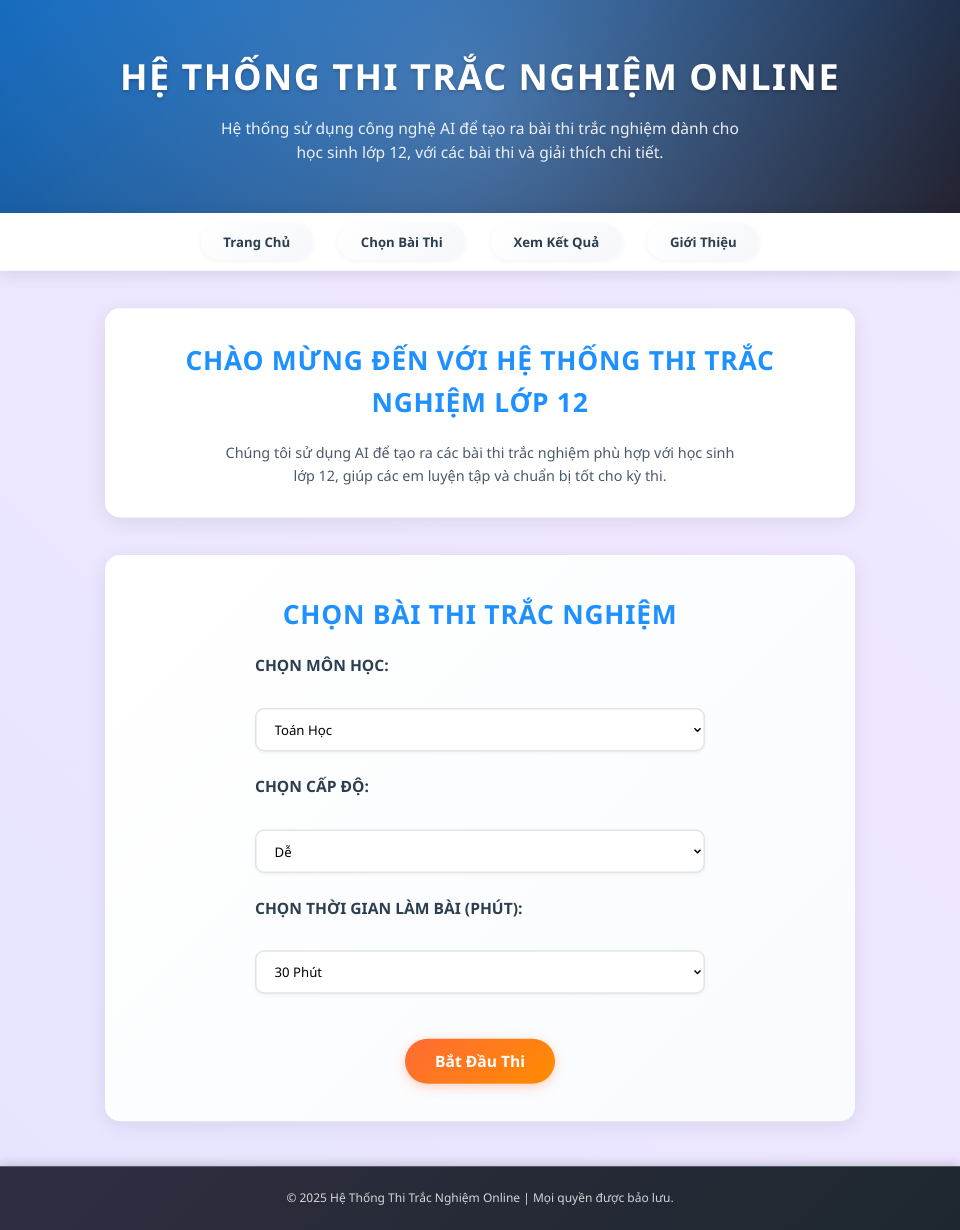
Repository: quankenda73/Prject_Final
Page: INDEX/TracNghiem.html
An editor plug-in stored every save of this project. The page is shown before and after the next save, followed by the edit.
The browser window is 1280 px wide. The pictures show the whole page, at 75% of full size.

Above is the page before, as saved 2025-03-24 11:50:11.

### INDEX/TracNghiem.html
<!DOCTYPE html>
<html lang="vi">
<head>
    <meta charset="UTF-8">
    <meta name="viewport" content="width=device-width, initial-scale=1.0">
    <title>Hệ Thống Thi Trắc Nghiệm Online</title>
    <link rel="stylesheet" href="../CSS/tracnghiem.css">
</head>
<body>
    <header>
        <h1>Hệ Thống Thi Trắc Nghiệm Online</h1>
        <p>Hệ thống sử dụng công nghệ AI để tạo ra bài thi trắc nghiệm dành cho học sinh lớp 12, với các bài thi và giải thích chi tiết.</p>
    </header>

    <nav>
        <a href="#home">Trang Chủ</a>
        <a href="#quiz">Chọn Bài Thi</a>
        <a href="#results">Xem Kết Quả</a>
        <a href="#about">Giới Thiệu</a>
    </nav>

    <section id="home">
        <h2>Chào Mừng Đến Với Hệ Thống Thi Trắc Nghiệm Lớp 12</h2>
        <p>Chúng tôi sử dụng AI để tạo ra các bài thi trắc nghiệm phù hợp với học sinh lớp 12, giúp các em luyện tập và chuẩn bị tốt cho kỳ thi.</p>
    </section>

    <section id="quiz">
        <h2>Chọn Bài Thi Trắc Nghiệm</h2>
        <form id="quizForm">
            <label for="subject">Chọn Môn Học:</label>
            <select id="subject" name="subject">
                <option value="math">Toán Học</option>
                <option value="physics">Vật Lý</option>
                <option value="chemistry">Hóa Học</option>
                <option value="literature">Văn Học</option>
                <option value="history">Lịch Sử</option>
                <option value="geography">Địa Lý</option>
                <option value="foreign_language">Ngoại Ngữ</option>
            </select>

            <label for="level">Chọn Cấp Độ:</label>
            <select id="level" name="level">
                <option value="easy">Dễ</option>
                <option value="medium">Trung Bình</option>
                <option value="hard">Khó</option>
            </select>

            <label for="time_limit">Chọn Thời Gian Làm Bài (Phút):</label>
            <select id="time_limit" name="time_limit">
                <option value="30">30 Phút</option>
                <option value="60">60 Phút</option>
                <option value="90">90 Phút</option>
            </select>

            <button type="button" onclick="startQuiz()">Bắt Đầu Thi</button>
        </form>
    </section>

    <footer>
        <p>© 2025 Hệ Thống Thi Trắc Nghiệm Online | Mọi quyền được bảo lưu.</p>
    </footer>

    <script>
        function startQuiz() {
            const subject = document.getElementById('subject').value;
            const level = document.getElementById('level').value;
            const timeLimit = document.getElementById('time_limit').value;

            // Chuyển hướng sang trang thi với thông tin đã chọn
            window.location.href = `quiz.html?subject=${subject}&level=${level}&time=${timeLimit}`;
        }
    </script>
</body>
</html>

### CSS/tracnghiem.css
/* tracnghiem.css */
* {
    margin: 0;
    padding: 0;
    box-sizing: border-box;
    font-family: 'Poppins', 'Segoe UI', Arial, sans-serif;
}

/* Body */
body {
    background: linear-gradient(45deg, #e6f0ff, #d9e4ff, #f0e6ff, #e6f0ff); /* Gradient đa màu nhẹ */
    background-size: 400% 400%; /* Tăng kích thước để animation mượt */
    animation: gradientBG 15s ease infinite; /* Hiệu ứng chuyển động nền */
    color: #2c3e50;
    line-height: 1.6;
    overflow-x: hidden;
    position: relative;
}

/* Hiệu ứng nền động */
@keyframes gradientBG {
    0% { background-position: 0% 50%; }
    50% { background-position: 100% 50%; }
    100% { background-position: 0% 50%; }
}

/* Header */
header {
    background: linear-gradient(135deg, #1e90ff, #2f2e41);
    color: white;
    padding: 4rem 0;
    text-align: center;
    position: relative;
    overflow: hidden;
    box-shadow: 0 4px 20px rgba(0, 0, 0, 0.2);
}

header::after {
    content: '';
    position: absolute;
    top: 0;
    left: 0;
    width: 100%;
    height: 100%;
    background: radial-gradient(circle, rgba(255, 255, 255, 0.15) 0%, rgba(0, 0, 0, 0.25) 100%);
    z-index: 0;
}

header h1, header p {
    position: relative;
    z-index: 1;
}

header h1 {
    font-size: 3rem;
    margin-bottom: 0.8rem;
    animation: fadeInDown 1s ease;
    text-transform: uppercase;
    letter-spacing: 2px;
    text-shadow: 0 2px 5px rgba(0, 0, 0, 0.2);
}

header p {
    font-size: 1.3rem;
    max-width: 700px;
    margin: 0 auto;
    opacity: 0.9;
    font-weight: 300;
}

/* Navigation */
nav {
    background: #ffffff;
    padding: 1.5rem 0;
    box-shadow: 0 4px 20px rgba(0, 0, 0, 0.1);
    position: sticky;
    top: 0;
    z-index: 1000;
    text-align: center;
}

nav a {
    color: #2c3e50;
    text-decoration: none;
    padding: 12px 30px;
    margin: 0 15px;
    border-radius: 50px;
    font-weight: 600;
    font-size: 1.1rem;
    transition: all 0.4s ease;
    background: linear-gradient(135deg, #ffffff, #f5f7fa);
    box-shadow: 0 2px 8px rgba(0, 0, 0, 0.05);
    position: relative;
    overflow: hidden;
}

nav a::after {
    content: '';
    position: absolute;
    top: 50%;
    left: 50%;
    width: 0;
    height: 0;
    background: rgba(255, 107, 53, 0.2);
    border-radius: 50%;
    transform: translate(-50%, -50%);
    transition: width 0.4s ease, height 0.4s ease;
}

nav a:hover::after,
nav a.active::after {
    width: 200%;
    height: 200%;
}

nav a:hover,
nav a.active {
    background: linear-gradient(135deg, #ff6b35, #ff8c00);
    color: white;
    transform: translateY(-3px);
    box-shadow: 0 6px 20px rgba(255, 107, 53, 0.4);
}

/* Sections */
section {
    max-width: 1000px;
    margin: 50px auto;
    padding: 40px;
    background: white;
    border-radius: 20px;
    box-shadow: 0 6px 25px rgba(0, 0, 0, 0.08);
    transition: transform 0.3s ease, box-shadow 0.3s ease;
}

section:hover {
    transform: translateY(-8px);
    box-shadow: 0 10px 35px rgba(0, 0, 0, 0.12);
}

section h2 {
    color: #1e90ff;
    font-size: 2.2rem;
    margin-bottom: 25px;
    text-align: center;
    font-weight: 700;
    text-transform: uppercase;
    letter-spacing: 1px;
}

/* Home Section */
#home p {
    font-size: 1.2rem;
    text-align: center;
    color: #4a5a6b;
    max-width: 700px;
    margin: 0 auto;
    font-weight: 300;
}

/* Quiz Form */
#quiz {
    padding: 50px;
    background: linear-gradient(135deg, #ffffff, #f9fbfd);
}

#quizForm {
    display: flex;
    flex-direction: column;
    gap: 30px;
    max-width: 600px;
    margin: 0 auto;
}

#quizForm label {
    font-size: 1.3rem;
    color: #2c3e50;
    margin-bottom: 10px;
    font-weight: 600;
    text-transform: uppercase;
}

#quizForm select {
    padding: 14px 20px;
    font-size: 1.1rem;
    border: 2px solid #dfe6e9;
    border-radius: 12px;
    outline: none;
    transition: all 0.3s ease;
    background-color: #fff;
    cursor: pointer;
    box-shadow: 0 2px 5px rgba(0, 0, 0, 0.05);
}

#quizForm select:focus {
    border-color: #ff6b35;
    box-shadow: 0 0 10px rgba(255, 107, 53, 0.3);
    background-color: #fff;
}

#quizForm button {
    padding: 16px 40px;
    background: linear-gradient(135deg, #ff6b35, #ff8c00);
    color: white;
    border: none;
    border-radius: 50px;
    font-size: 1.3rem;
    font-weight: 600;
    cursor: pointer;
    transition: all 0.4s ease;
    align-self: center;
    margin-top: 30px;
    box-shadow: 0 4px 15px rgba(255, 107, 53, 0.3);
}

#quizForm button:hover {
    background: linear-gradient(135deg, #ff8c00, #ff6b35);
    transform: scale(1.05);
    box-shadow: 0 8px 25px rgba(255, 107, 53, 0.5);
}

/* Footer */
footer {
    background: linear-gradient(135deg, #2f2e41, #1e272e);
    color: white;
    text-align: center;
    padding: 30px 0;
    margin-top: 60px;
    box-shadow: 0 -2px 15px rgba(0, 0, 0, 0.2);
}

footer p {
    font-size: 1rem;
    opacity: 0.8;
    font-weight: 300;
}

/* Animations */
@keyframes fadeInDown {
    from { opacity: 0; transform: translateY(-20px); }
    to { opacity: 1; transform: translateY(0); }
}

@keyframes gradientBG {
    0% { background-position: 0% 50%; }
    50% { background-position: 100% 50%; }
    100% { background-position: 0% 50%; }
}

/* Responsive Design */
@media (max-width: 768px) {
    header {
        padding: 2.5rem 0;
    }

    header h1 {
        font-size: 2.2rem;
    }

    header p {
        font-size: 1.1rem;
        padding: 0 20px;
    }

    nav {
        padding: 1rem 0;
    }

    nav a {
        display: block;
        margin: 12px 0;
        padding: 10px 20px;
        font-size: 1rem;
    }

    section {
        margin: 30px auto;
        padding: 25px;
    }

    section h2 {
        font-size: 1.8rem;
    }

    #quiz {
        padding: 30px;
    }

    #quizForm label {
        font-size: 1.1rem;
    }

    #quizForm select {
        font-size: 1rem;
        padding: 12px 15px;
    }

    #quizForm button {
        padding: 14px 30px;
        font-size: 1.2rem;
    }
}

After the next save:
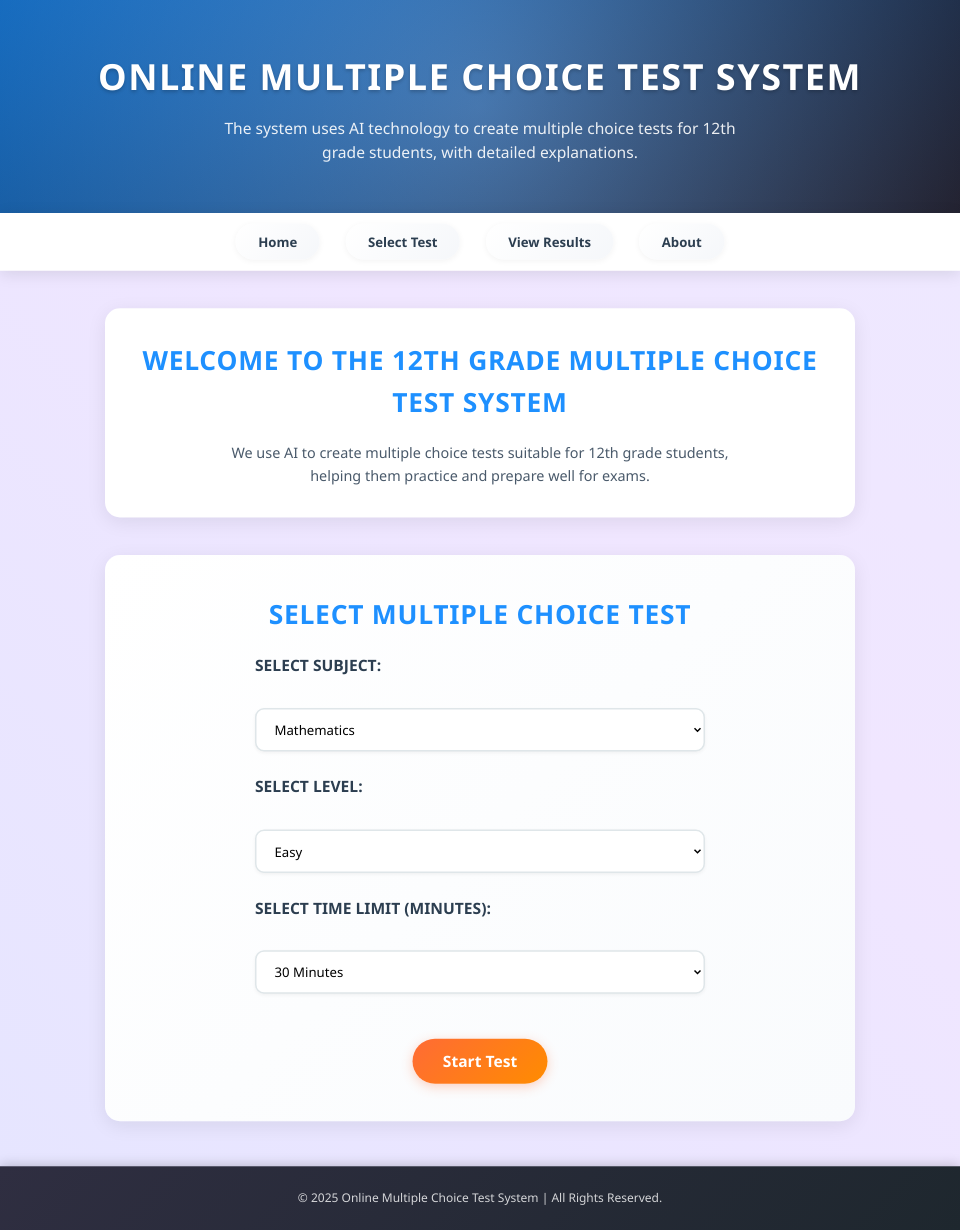
Saved 2 min 6 s later.
--- a/INDEX/TracNghiem.html
+++ b/INDEX/TracNghiem.html
@@ -1,63 +1,63 @@
 <!DOCTYPE html>
-<html lang="vi">
+<html lang="en">
 <head>
     <meta charset="UTF-8">
     <meta name="viewport" content="width=device-width, initial-scale=1.0">
-    <title>Hệ Thống Thi Trắc Nghiệm Online</title>
+    <title>Online Multiple Choice Test System</title>
     <link rel="stylesheet" href="../CSS/tracnghiem.css">
 </head>
 <body>
     <header>
-        <h1>Hệ Thống Thi Trắc Nghiệm Online</h1>
-        <p>Hệ thống sử dụng công nghệ AI để tạo ra bài thi trắc nghiệm dành cho học sinh lớp 12, với các bài thi và giải thích chi tiết.</p>
+        <h1>Online Multiple Choice Test System</h1>
+        <p>The system uses AI technology to create multiple choice tests for 12th grade students, with detailed explanations.</p>
     </header>
 
     <nav>
-        <a href="#home">Trang Chủ</a>
-        <a href="#quiz">Chọn Bài Thi</a>
-        <a href="#results">Xem Kết Quả</a>
-        <a href="#about">Giới Thiệu</a>
+        <a href="#home">Home</a>
+        <a href="#quiz">Select Test</a>
+        <a href="#results">View Results</a>
+        <a href="#about">About</a>
     </nav>
 
     <section id="home">
-        <h2>Chào Mừng Đến Với Hệ Thống Thi Trắc Nghiệm Lớp 12</h2>
-        <p>Chúng tôi sử dụng AI để tạo ra các bài thi trắc nghiệm phù hợp với học sinh lớp 12, giúp các em luyện tập và chuẩn bị tốt cho kỳ thi.</p>
+        <h2>Welcome to the 12th Grade Multiple Choice Test System</h2>
+        <p>We use AI to create multiple choice tests suitable for 12th grade students, helping them practice and prepare well for exams.</p>
     </section>
 
     <section id="quiz">
-        <h2>Chọn Bài Thi Trắc Nghiệm</h2>
+        <h2>Select Multiple Choice Test</h2>
         <form id="quizForm">
-            <label for="subject">Chọn Môn Học:</label>
+            <label for="subject">Select Subject:</label>
             <select id="subject" name="subject">
-                <option value="math">Toán Học</option>
-                <option value="physics">Vật Lý</option>
-                <option value="chemistry">Hóa Học</option>
-                <option value="literature">Văn Học</option>
-                <option value="history">Lịch Sử</option>
-                <option value="geography">Địa Lý</option>
-                <option value="foreign_language">Ngoại Ngữ</option>
+                <option value="math">Mathematics</option>
+                <option value="physics">Physics</option>
+                <option value="chemistry">Chemistry</option>
+                <option value="literature">Literature</option>
+                <option value="history">History</option>
+                <option value="geography">Geography</option>
+                <option value="foreign_language">Foreign Language</option>
             </select>
 
-            <label for="level">Chọn Cấp Độ:</label>
+            <label for="level">Select Level:</label>
             <select id="level" name="level">
-                <option value="easy">Dễ</option>
-                <option value="medium">Trung Bình</option>
-                <option value="hard">Khó</option>
+                <option value="easy">Easy</option>
+                <option value="medium">Medium</option>
+                <option value="hard">Hard</option>
             </select>
 
-            <label for="time_limit">Chọn Thời Gian Làm Bài (Phút):</label>
+            <label for="time_limit">Select Time Limit (Minutes):</label>
             <select id="time_limit" name="time_limit">
-                <option value="30">30 Phút</option>
-                <option value="60">60 Phút</option>
-                <option value="90">90 Phút</option>
+                <option value="30">30 Minutes</option>
+                <option value="60">60 Minutes</option>
+                <option value="90">90 Minutes</option>
             </select>
 
-            <button type="button" onclick="startQuiz()">Bắt Đầu Thi</button>
+            <button type="button" onclick="startQuiz()">Start Test</button>
         </form>
     </section>
 
     <footer>
-        <p>© 2025 Hệ Thống Thi Trắc Nghiệm Online | Mọi quyền được bảo lưu.</p>
+        <p>© 2025 Online Multiple Choice Test System | All Rights Reserved.</p>
     </footer>
 
     <script>
@@ -66,7 +66,7 @@
             const level = document.getElementById('level').value;
             const timeLimit = document.getElementById('time_limit').value;
 
-            // Chuyển hướng sang trang thi với thông tin đã chọn
+            // Redirect to quiz page with selected information
             window.location.href = `quiz.html?subject=${subject}&level=${level}&time=${timeLimit}`;
         }
     </script>

After the save that followed:
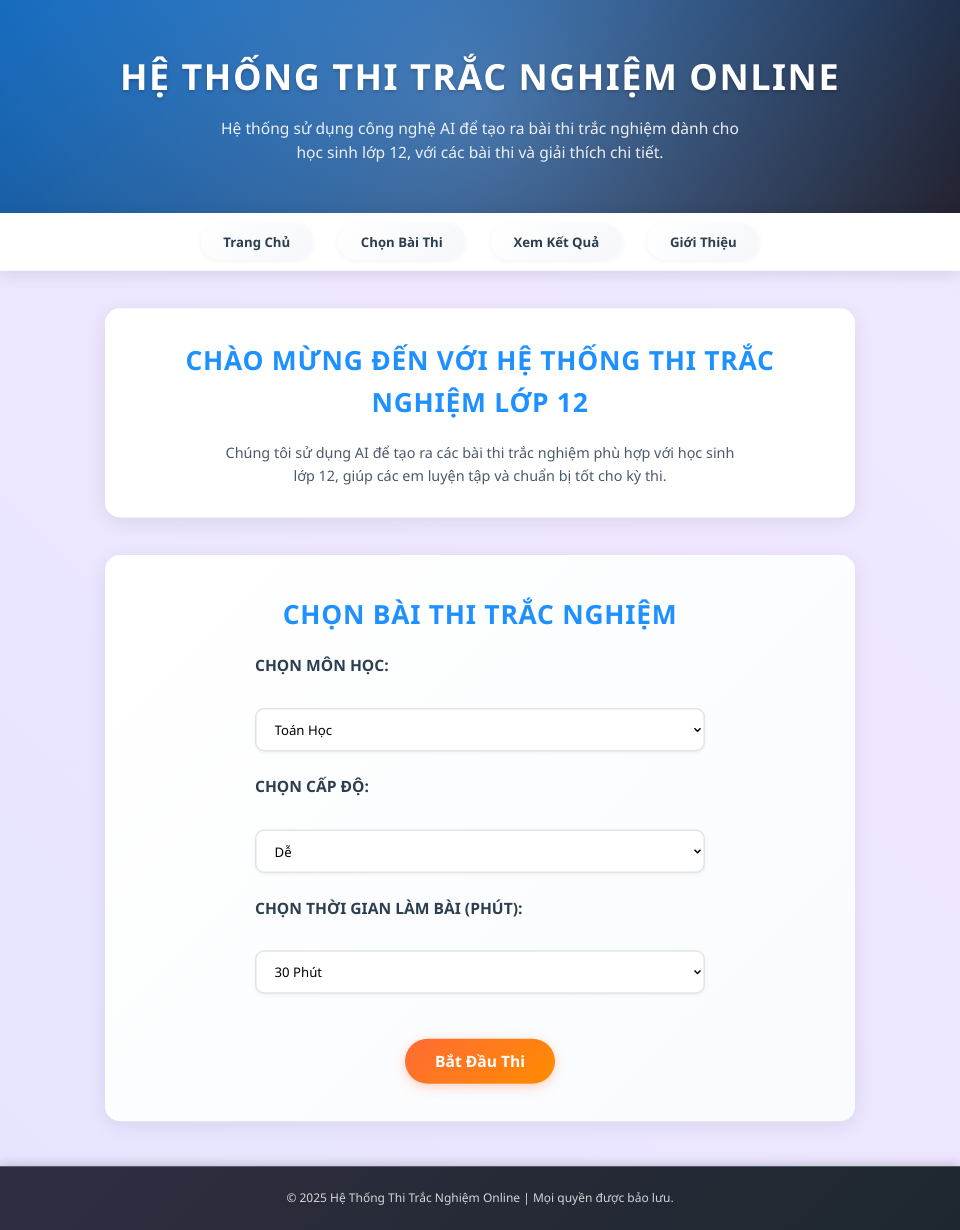
Saved 96 s later.
--- a/INDEX/TracNghiem.html
+++ b/INDEX/TracNghiem.html
@@ -1,63 +1,63 @@
 <!DOCTYPE html>
-<html lang="en">
+<html lang="vi">
 <head>
     <meta charset="UTF-8">
     <meta name="viewport" content="width=device-width, initial-scale=1.0">
-    <title>Online Multiple Choice Test System</title>
+    <title>Hệ Thống Thi Trắc Nghiệm Online</title>
     <link rel="stylesheet" href="../CSS/tracnghiem.css">
 </head>
 <body>
     <header>
-        <h1>Online Multiple Choice Test System</h1>
-        <p>The system uses AI technology to create multiple choice tests for 12th grade students, with detailed explanations.</p>
+        <h1>Hệ Thống Thi Trắc Nghiệm Online</h1>
+        <p>Hệ thống sử dụng công nghệ AI để tạo ra bài thi trắc nghiệm dành cho học sinh lớp 12, với các bài thi và giải thích chi tiết.</p>
     </header>
 
     <nav>
-        <a href="#home">Home</a>
-        <a href="#quiz">Select Test</a>
-        <a href="#results">View Results</a>
-        <a href="#about">About</a>
+        <a href="#home">Trang Chủ</a>
+        <a href="#quiz">Chọn Bài Thi</a>
+        <a href="#results">Xem Kết Quả</a>
+        <a href="#about">Giới Thiệu</a>
     </nav>
 
     <section id="home">
-        <h2>Welcome to the 12th Grade Multiple Choice Test System</h2>
-        <p>We use AI to create multiple choice tests suitable for 12th grade students, helping them practice and prepare well for exams.</p>
+        <h2>Chào Mừng Đến Với Hệ Thống Thi Trắc Nghiệm Lớp 12</h2>
+        <p>Chúng tôi sử dụng AI để tạo ra các bài thi trắc nghiệm phù hợp với học sinh lớp 12, giúp các em luyện tập và chuẩn bị tốt cho kỳ thi.</p>
     </section>
 
     <section id="quiz">
-        <h2>Select Multiple Choice Test</h2>
+        <h2>Chọn Bài Thi Trắc Nghiệm</h2>
         <form id="quizForm">
-            <label for="subject">Select Subject:</label>
+            <label for="subject">Chọn Môn Học:</label>
             <select id="subject" name="subject">
-                <option value="math">Mathematics</option>
-                <option value="physics">Physics</option>
-                <option value="chemistry">Chemistry</option>
-                <option value="literature">Literature</option>
-                <option value="history">History</option>
-                <option value="geography">Geography</option>
-                <option value="foreign_language">Foreign Language</option>
+                <option value="math">Toán Học</option>
+                <option value="physics">Vật Lý</option>
+                <option value="chemistry">Hóa Học</option>
+                <option value="literature">Văn Học</option>
+                <option value="history">Lịch Sử</option>
+                <option value="geography">Địa Lý</option>
+                <option value="foreign_language">Ngoại Ngữ</option>
             </select>
 
-            <label for="level">Select Level:</label>
+            <label for="level">Chọn Cấp Độ:</label>
             <select id="level" name="level">
-                <option value="easy">Easy</option>
-                <option value="medium">Medium</option>
-                <option value="hard">Hard</option>
+                <option value="easy">Dễ</option>
+                <option value="medium">Trung Bình</option>
+                <option value="hard">Khó</option>
             </select>
 
-            <label for="time_limit">Select Time Limit (Minutes):</label>
+            <label for="time_limit">Chọn Thời Gian Làm Bài (Phút):</label>
             <select id="time_limit" name="time_limit">
-                <option value="30">30 Minutes</option>
-                <option value="60">60 Minutes</option>
-                <option value="90">90 Minutes</option>
+                <option value="30">30 Phút</option>
+                <option value="60">60 Phút</option>
+                <option value="90">90 Phút</option>
             </select>
 
-            <button type="button" onclick="startQuiz()">Start Test</button>
+            <button type="button" onclick="startQuiz()">Bắt Đầu Thi</button>
         </form>
     </section>
 
     <footer>
-        <p>© 2025 Online Multiple Choice Test System | All Rights Reserved.</p>
+        <p>© 2025 Hệ Thống Thi Trắc Nghiệm Online | Mọi quyền được bảo lưu.</p>
     </footer>
 
     <script>
@@ -66,7 +66,7 @@
             const level = document.getElementById('level').value;
             const timeLimit = document.getElementById('time_limit').value;
 
-            // Redirect to quiz page with selected information
+            // Chuyển hướng sang trang thi với thông tin đã chọn
             window.location.href = `quiz.html?subject=${subject}&level=${level}&time=${timeLimit}`;
         }
     </script>
